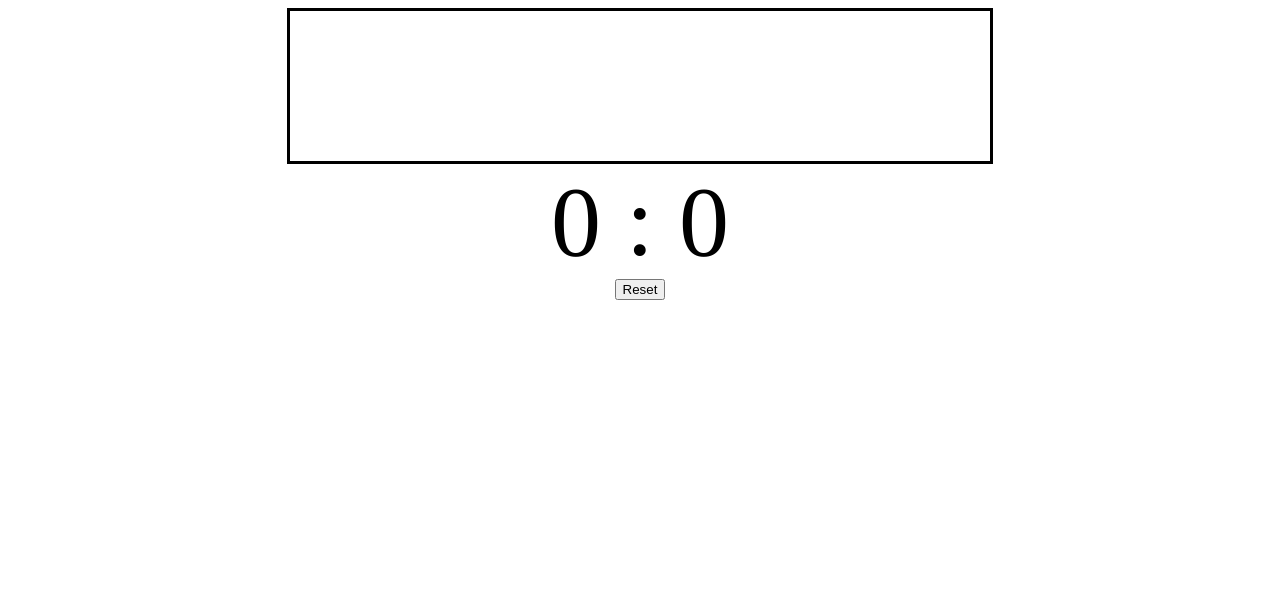
Repository: zacheys123/ping-pong
Page: index.html
These files come from the project's save history. The page is drawn as it stood at one moment and after the next save; the edit follows.
The browser window is 1280 px wide. The pictures show the whole page.

Above is the page before, as saved 2023-06-30 22:55:36.

### index.html
<html lang="en">
	<head>
		<meta charset="UTF-8" />
		<meta http-equiv="X-UA-Compatible" content="IE=edge" />
		<meta
			name="viewport"
			content="width=device-width, initial-scale=1.0"
		/>
		<title>Ping pong</title>
		<link rel="stylesheet" href="style.css" />
	</head>
	<body>
		<div id="gamecontainer">
			<canvas id="gameboard"></canvas>
			<div id="scoretext">0 : 0</div>
			<button id="reset">Reset</button>
		</div>

		<script src="index.js"></script>
	</body>
</html>

### style.css
#gamecontainer {
	text-align: center;
}
#gameboard {
	border: 3px solid;
}
#scoretext {
	font-family: 'consolas' cursive;
	font-size: 100px;
}

### index.js
const canvas = document.querySelector('#gameboard');
const ctx = canvas.getContext('2d');
const scoreText = document.querySelector('#scoretext');
canvas.width = 700;
const gamewidth = canvas.width;
const gameheight = canvas.height;

After the next save:
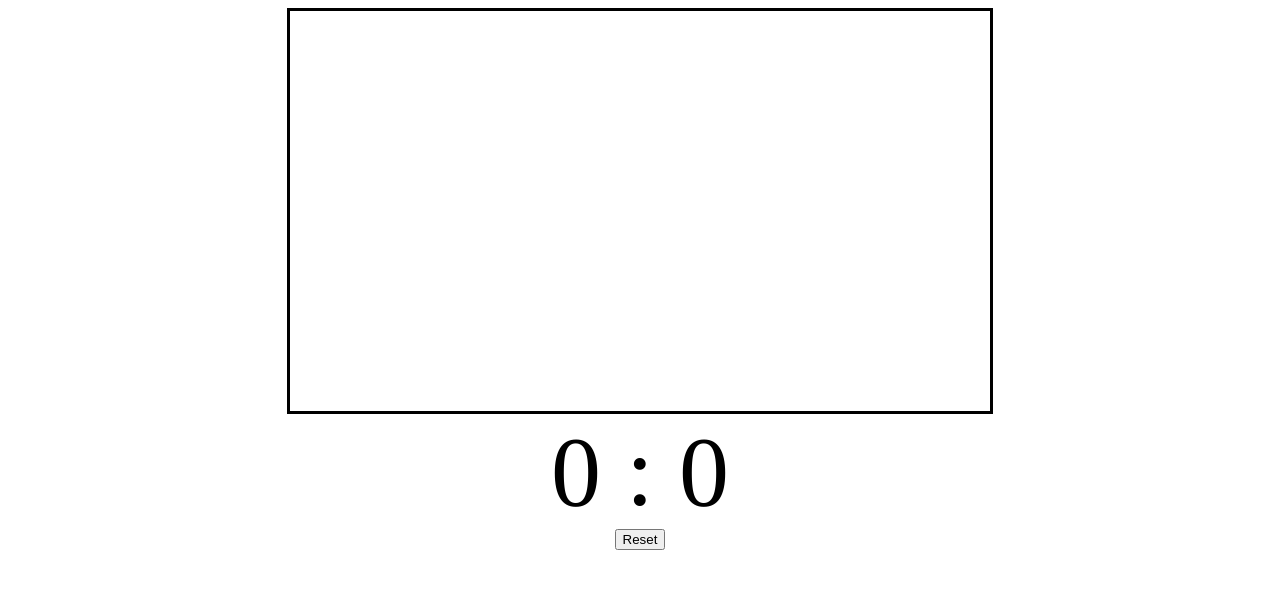
Saved 12 s later.
--- a/index.js
+++ b/index.js
@@ -2,5 +2,6 @@ const canvas = document.querySelector('#gameboard');
 const ctx = canvas.getContext('2d');
 const scoreText = document.querySelector('#scoretext');
 canvas.width = 700;
+canvas.height = 400;
 const gamewidth = canvas.width;
 const gameheight = canvas.height;
